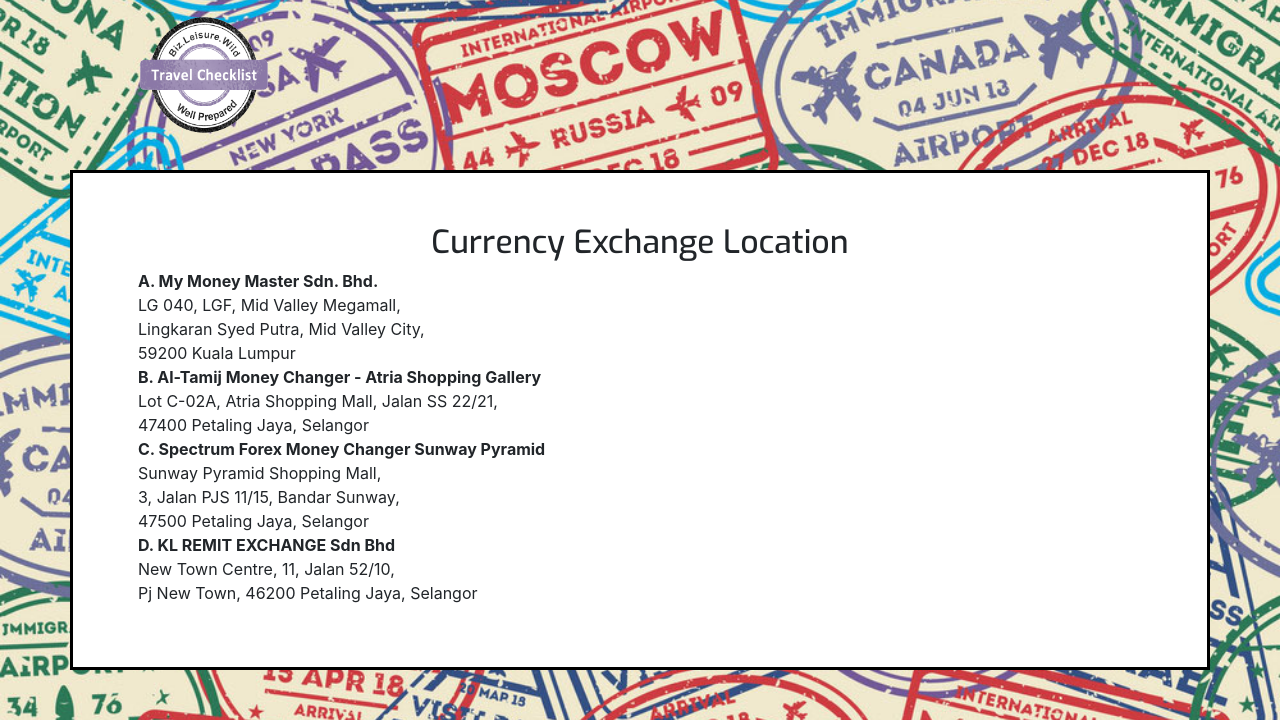
Repository: Code-Institute-Submissions/travelChecklist
Page: donepage.html
The author's editor kept a record of every edit. The page is drawn from the files as they stood at one moment, then again after the next edit.
The browser window is 1280 px wide. The pictures show the whole page.

Above is the page before.

### donepage.html
<!DOCTYPE html>
<html lang="en">

<head>
    <meta charset="UTF-8">
    <meta name="viewport" content="width=device-width, initial-scale=1.0">
    <meta http-equiv="X-UA-Compatible" content="ie=edge">

    <link rel="stylesheet" href="https://stackpath.bootstrapcdn.com/bootstrap/4.3.1/css/bootstrap.min.css" type="text/css">
    <link rel="stylesheet" href="https://stackpath.bootstrapcdn.com/font-awesome/4.7.0/css/font-awesome.min.css" type="text/css">
    <link rel="stylesheet" href="https://cdnjs.cloudflare.com/ajax/libs/hover.css/2.3.1/css/hover-min.css" type="text/css">
    <link rel="stylesheet" href="asset/css/style.css" type="text/css">



    <title>Travel Checklist</title>
</head>

<body>
    <div class="bg-color">
    <header>

            <div class="row">
        <a href="index.html" class="col"><img src="asset/images/logo.png" alt="logo" class="logo"/></a></div>

            <div class="container">

        <h2>Currency Exchange Location</h2>
        <div="row">
        <div class="map-location col-md-6">
            <p>
                <b>A. My Money Master Sdn. Bhd.</b><br>
                   LG 040, LGF, Mid Valley Megamall,<br>
                   Lingkaran Syed Putra, Mid Valley City,<br>
                   59200 Kuala Lumpur<br>
                <b>B. Al-Tamij Money Changer - Atria Shopping Gallery</b><br>
                   Lot C-02A, Atria Shopping Mall, Jalan SS 22/21,<br>
                   47400 Petaling Jaya, Selangor<br>
                <b>C. Spectrum Forex Money Changer Sunway Pyramid</b><br>
                   Sunway Pyramid Shopping Mall, <br>
                   3, Jalan PJS 11/15, Bandar Sunway, <br>
                   47500 Petaling Jaya, Selangor<br>
                <b>D. KL REMIT EXCHANGE Sdn Bhd</b><br>
                   New Town Centre, 11, Jalan 52/10, <br>
                   Pj New Town, 46200 Petaling Jaya, Selangor<br>
            </p>
        </div>
        <div id="map" class="col-md-6"></div>
        </div>
    </div>
    </header>
    </div>


</body>

</html>

### asset/css/style.css
@import url('https://fonts.googleapis.com/css?family=Roboto:100,200,300,400,500,600,700|Exo:100,200,300,400,500,600,700');

body,
html {
  height: 100%;
}

.logo {
  height: 150px;
  margin-left: 10%;
}

.bg-color {
  background-image: url("../images/background.jpg");
  height: 100%;
  max-width: 100%;
  overflow: hidden;
  background-position: center;
  background-repeat: no-repeat;
  background-size: cover;
}



/*--------------------------------------------------------------Middle Container**/

.container {
  width: 100%;
  border: 3px solid black;
  background-color: white;
  padding: 50px;
  margin: 20px;
  margin-left: auto;
  margin-right: auto;
  display: block;
  overflow: scroll;
  overflow-y: scroll;
  min-height: auto;
  max-height: 500px;
  overflow-x: none;
}

/*--------------------------------------------------------------Question Button**/

.btn {
  height: 350px;
  border-color: #aaa;
}

/*--------------------------------------------------------------Question Title**/

h2 {
  text-align: center;
  font-family: Exo, sans-serif;
}

/*--------------------------------------------------------------Checklist**/

.container-checklist {
  display: block;
  position: relative;
  padding-left: 35px;
  margin-bottom: 12px;
  cursor: pointer;
  font-size: 18px;
  -webkit-user-select: none;
  -moz-user-select: none;
  -ms-user-select: none;
  user-select: none;
}

.container-checklist input {
  position: absolute;
  opacity: 0;
  cursor: pointer;
  height: 0;
  width: 0;
}

.checkmark {
  position: absolute;
  top: 0;
  left: 0;
  height: 25px;
  width: 25px;
  background-color: #eee;
}

.container-checklist:hover input ~ .checkmark {
  background-color: #ccc;
}

.container-checklist input:checked ~ .checkmark {
  background-color: #2196F3;
}

.checkmark:after {
  content: "";
  position: absolute;
  display: none;
}

.container-checklist input:checked ~ .checkmark:after {
  display: block;
}

.container-checklist .checkmark:after {
  left: 9px;
  top: 5px;
  width: 5px;
  height: 10px;
  border: solid white;
  border-width: 0 3px 3px 0;
  -webkit-transform: rotate(45deg);
  -ms-transform: rotate(45deg);
  transform: rotate(45deg);
}

/*--------------------------------------------------------------footer**/

.footerbtn {
  float: right;
  margin-right: 3px;
  padding: 15px;
  border-radius: 9px;
  background-color: #8b78a7;
  color: black;
  opacity: 0.8;
  transition: 0.3s;
  text-decoration: none;
  cursor: pointer;
}

.footerbtn:hover {opacity: 1}

/*-------------------------------------------------------------done btn**/

.donebtn {
  float: right;
  margin-right: 15%;
  padding: 15px 20px;
  border-radius: 9px;
  background-color: #8b78a7;
  color: black;
  opacity: 0.8;
  transition: 0.3s;
  text-decoration: none;
  cursor: pointer;
}

.donebtn:hover {
  opacity: 1;;
}

a {
  text-decoration: none;
}

a:hover {
  text-decoration: none;
}

/*---------------------------------------------------------------media**/
@media only screen and (max-width: 600px) {
  .container {height: 70%;}
  .logo {height: 100px;}
}

div#map {
  min-height: 200px;
  width: 50%;
}

.map-location {
  float: left;
}

After the next edit:
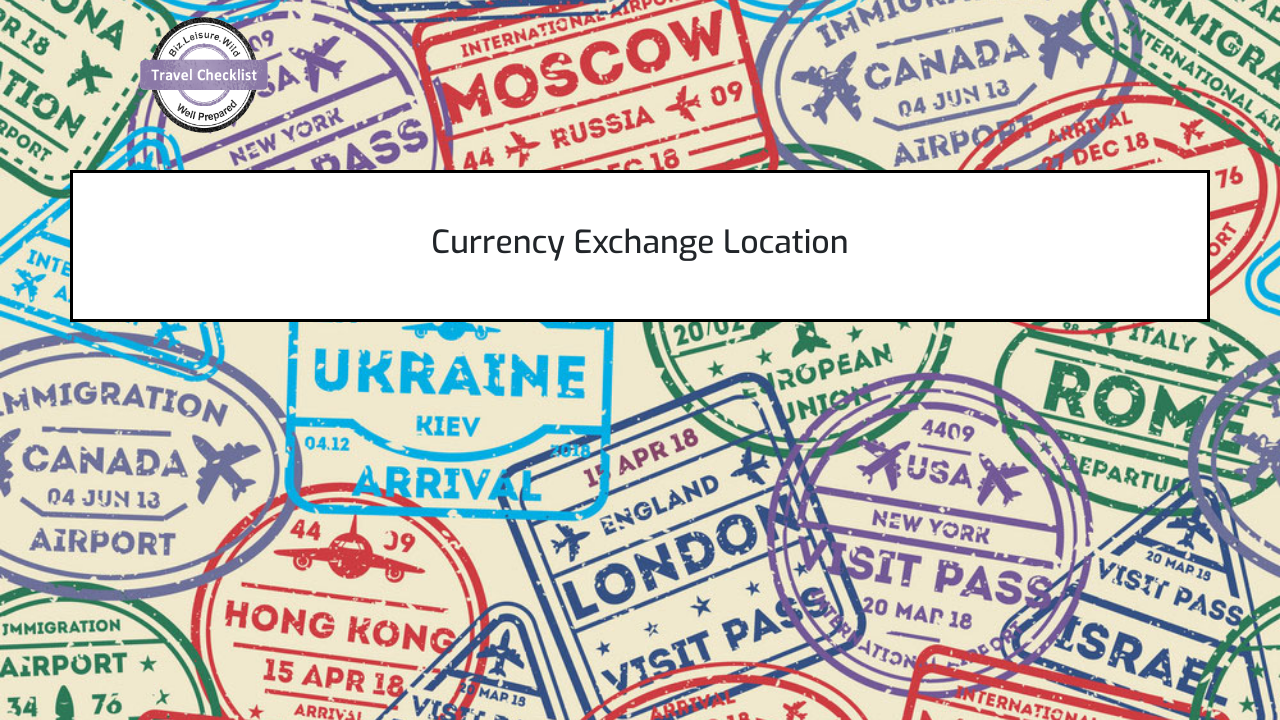
The edit:
--- a/donepage.html
+++ b/donepage.html
@@ -26,27 +26,7 @@
             <div class="container">
 
         <h2>Currency Exchange Location</h2>
-        <div="row">
-        <div class="map-location col-md-6">
-            <p>
-                <b>A. My Money Master Sdn. Bhd.</b><br>
-                   LG 040, LGF, Mid Valley Megamall,<br>
-                   Lingkaran Syed Putra, Mid Valley City,<br>
-                   59200 Kuala Lumpur<br>
-                <b>B. Al-Tamij Money Changer - Atria Shopping Gallery</b><br>
-                   Lot C-02A, Atria Shopping Mall, Jalan SS 22/21,<br>
-                   47400 Petaling Jaya, Selangor<br>
-                <b>C. Spectrum Forex Money Changer Sunway Pyramid</b><br>
-                   Sunway Pyramid Shopping Mall, <br>
-                   3, Jalan PJS 11/15, Bandar Sunway, <br>
-                   47500 Petaling Jaya, Selangor<br>
-                <b>D. KL REMIT EXCHANGE Sdn Bhd</b><br>
-                   New Town Centre, 11, Jalan 52/10, <br>
-                   Pj New Town, 46200 Petaling Jaya, Selangor<br>
-            </p>
-        </div>
-        <div id="map" class="col-md-6"></div>
-        </div>
+
     </div>
     </header>
     </div>
